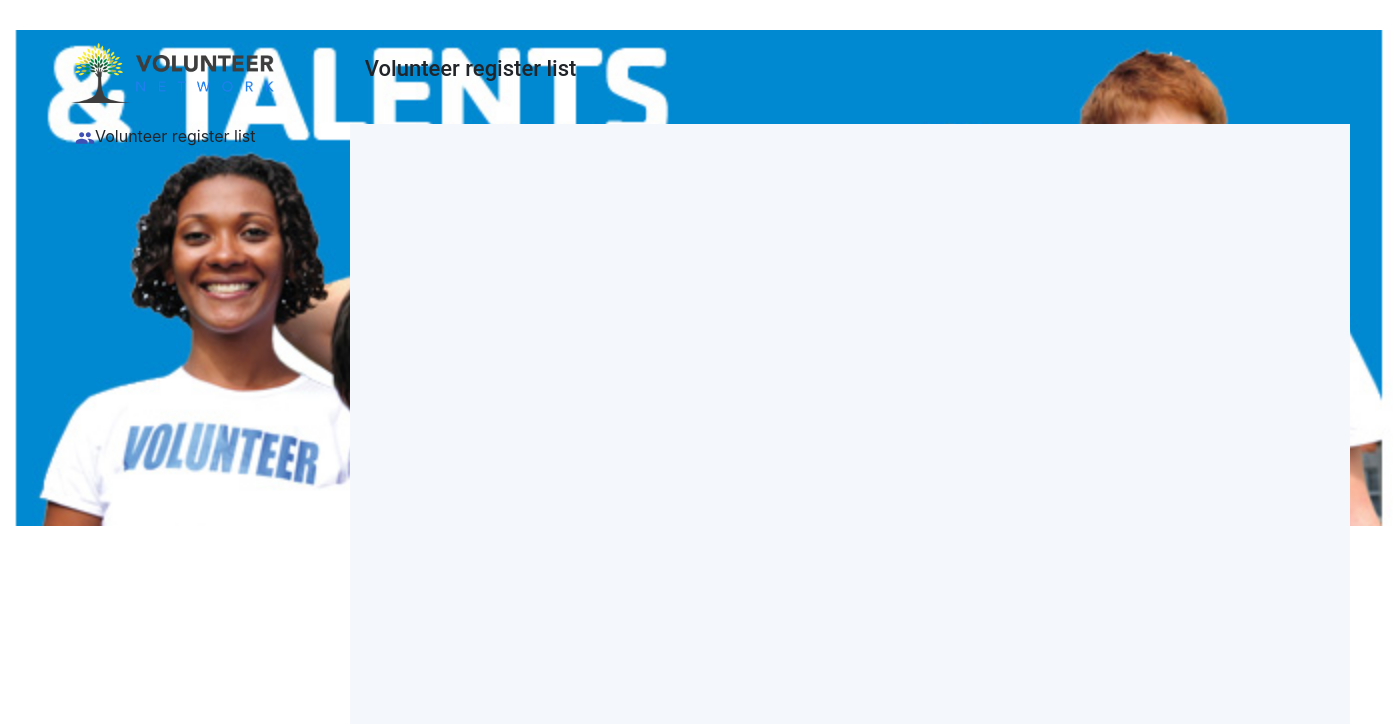
Repository: MdTahsinAmin/volunteer-network-client
Page: /adminPanel
An editor plug-in stored every save of this project. The page is shown before and after the next save, followed by the edit.
The browser window is 1280 px wide. The page is 1400 px wide, so the pictures cover 1400 px, including what lies to the right of the window. The pictures show the whole page.
The project was rebuilt for these pictures with package versions that can differ from the ones it lists, and the page was loaded fresh each time.

Above is the page before, as saved 2020-10-04 23:45:32.

### public/index.html
<!DOCTYPE html>
<html lang="en">
  <head>
    <meta charset="utf-8" />
    <link rel="icon" href="%PUBLIC_URL%/favicon.ico" />
    <meta name="viewport" content="width=device-width, initial-scale=1" />
    <meta name="theme-color" content="#000000" />
    <meta
      name="description"
      content="Web site created using create-react-app"
    />
    <link rel="apple-touch-icon" href="%PUBLIC_URL%/logo192.png" />
    <!--
      manifest.json provides metadata used when your web app is installed on a
      user's mobile device or desktop. See https://developers.google.com/web/fundamentals/web-app-manifest/
    -->
    <link rel="manifest" href="%PUBLIC_URL%/manifest.json" />
    <!--
      Notice the use of %PUBLIC_URL% in the tags above.
      It will be replaced with the URL of the `public` folder during the build.
      Only files inside the `public` folder can be referenced from the HTML.

      Unlike "/favicon.ico" or "favicon.ico", "%PUBLIC_URL%/favicon.ico" will
      work correctly both with client-side routing and a non-root public URL.
      Learn how to configure a non-root public URL by running `npm run build`.
    -->
    <title>Volunteer Network</title>
  </head>
  <body>
    <noscript>You need to enable JavaScript to run this app.</noscript>
    <div id="root"></div>
    <!--
      This HTML file is a template.
      If you open it directly in the browser, you will see an empty page.

      You can add webfonts, meta tags, or analytics to this file.
      The build step will place the bundled scripts into the <body> tag.

      To begin the development, run `npm start` or `yarn start`.
      To create a production bundle, use `npm run build` or `yarn build`.
    -->
  </body>
</html>

### src/App.js
import React from 'react';
import './App.css';
import Header from './components/Header/Header';
import {
  BrowserRouter as Router,
  Switch,
  Route,
  Link
} from "react-router-dom";
import AdminPanel from './components/AdminPanel/AdminPanel';
function App() {
  return (
    <div className="App">
     <Router>
      <Switch>
        <Route path ='/home'>
         <Header navbar={true}></Header>
        </Route>
        <Route path="/adminPanel">
           <div>
           <Header navbar={false}></Header>
           <AdminPanel/>
           </div>
        </Route>
        <Route exact path="/">
           <Header navbar={true}></Header>
        </Route>
      </Switch>
     </Router>
    </div>
  );
}

export default App;

### src/App.css
.App {
    background-image:url('./logos/Volunteer_Image.jpg');
    background-repeat: no-repeat;
    background-size: cover;
    background-position: center;
    width: 1400px;
    height: 496px;
    left: 1px;
    top: -1px;
}

.App-logo {
  height: 40vmin;
  pointer-events: none;
}

@media (prefers-reduced-motion: no-preference) {
  .App-logo {
    animation: App-logo-spin infinite 20s linear;
  }
}

.App-header {
  background-color: #282c34;
  min-height: 100vh;
  display: flex;
  flex-direction: column;
  align-items: center;
  justify-content: center;
  font-size: calc(10px + 2vmin);
  color: white;
}

.App-link {
  color: #61dafb;
}

@keyframes App-logo-spin {
  from {
    transform: rotate(0deg);
  }
  to {
    transform: rotate(360deg);
  }
}

### src/components/Header/Header.js
import React from 'react';
import { Link, useHistory } from 'react-router-dom';
import './Header.css'
import volunteerLogo from '../../logos/volunteer.png';
import { styled } from '@material-ui/core/styles';
import Button from '@material-ui/core/Button';

// Material Button

const MyButton = styled(Button)({
    background: 'linear-gradient(45deg, #3F90FC 30%, #3F90FC 90%)',
    border: 0,
    borderRadius: '6px',
    color: 'white',
    height: 48,
    padding: '14px 43px',
    marginRight:'15px',
    marginLeft:'9px',
    cursor:'pointer'
  });

  const AdminBtn = styled(Button)({
    background: 'linear-gradient(45deg, #434141 30%, #434141 90%)',
    border: 0,
    borderRadius: '6px',
    color: 'white',
    height: 48,
    padding: '14px 43px',
    marginRight:'15px',
    cursor:'pointer'
  })

const Header = (props) => {

    const history = useHistory();

    const handleAdminPanel = () =>{
         history.push('/adminPanel');
    }


    return (
      <div className="header">
          <div className={props.navbar ? "container" : 'adminPanel'}>
          <nav className="navbar navbar-expand-lg navbar-light">
            <Link to='/home' className="navbar-brand"><img className={props.navbar ?'volunteerLogo':'Logo'} src={volunteerLogo} alt=""/></Link>
            <button className="navbar-toggler" type="button" data-toggle="collapse" data-target="#navbarSupportedContent" aria-controls="navbarSupportedContent" aria-expanded="false" aria-label="Toggle navigation">
                <span className="navbar-toggler-icon"></span>
            </button>
            {
                !props.navbar && <h5 className="volunteer-list">Volunteer register list</h5>
            }
            {
                props.navbar &&  <div className="collapse navbar-collapse" id="navbarSupportedContent">
                <ul className="navbar-nav ml-auto">
                <li className="nav-item">
                    <Link className="nav-link item-nav">Home</Link>
                </li>
                <li className="nav-item">
                    <Link className="nav-link item-nav">Donation</Link>
                </li>
                <li className="nav-item">
                    <Link className="nav-link item-nav">Events</Link>
                </li>
                <li className="nav-item">
                    <Link className="nav-link item-nav">Blog</Link>
                </li>
                <li className="nav-item">
                    <MyButton>Register</MyButton>
                </li>
                <li className="nav-item">
                   <AdminBtn
                     onClick={handleAdminPanel}
                   >Admin
                   </AdminBtn>
                </li>
                </ul>
            </div>
            }
            </nav>
      </div>
   </div>
    );
};

export default Header;

### src/components/AdminPanel/AdminPanel.js
import React from 'react';
import './AdminPanel.css';
import GroupIcon from '@material-ui/icons/Group';

const AdminPanel = () => {
    return (
        <div className="adminPanel-section">
            <div className="section-panel">
              <div className ='group-panel'>
              <GroupIcon fontSize="small" color="primary"></GroupIcon>Volunteer register list
              </div>
            </div>
            <div className='Volunteer-list'>

            </div>
        </div>
    );
};

export default AdminPanel;

### src/components/Header/Header.css
.volunteerLogo{
    width: 202.81px;
    height: 60px;
    left: 88px;
    top: 44px;
}
.header{
    margin-top: 30px;
}
.nav-link{
    font-family: Montserrat;
    font-style: normal;
    font-weight: 500;
    font-size: 20px;
    text-align: center;
    color: #0B0B0B;
}

### src/components/AdminPanel/AdminPanel.css
.adminPanel{
    margin-right:20px;
}
.Logo{
    width: 202.81px;
    height: 60px;
    left: 88px;
    top: 44px;
    margin-left:55px;
}
.volunteer-list{
    margin-left:75px;
    font-family: Roboto;
    font-style: normal;
    font-weight: 500;
    font-size: 22px;
}
.adminPanel-section{
    display:flex;
}
.section-panel{
    margin-top:8px;
    margin-left:75px;
}
.group-panel{
    display:inline-block;
}
.Volunteer-list{
    width:75%;
    margin-top:8px;
    margin-left:95px;
    width: 1000px;
    height: 600px;
    background: #F4F7FC;
}

Loaded but not shown: src/index.js (common file); src/index.css (common file); src/serviceWorker.js (common file)

After the next save:
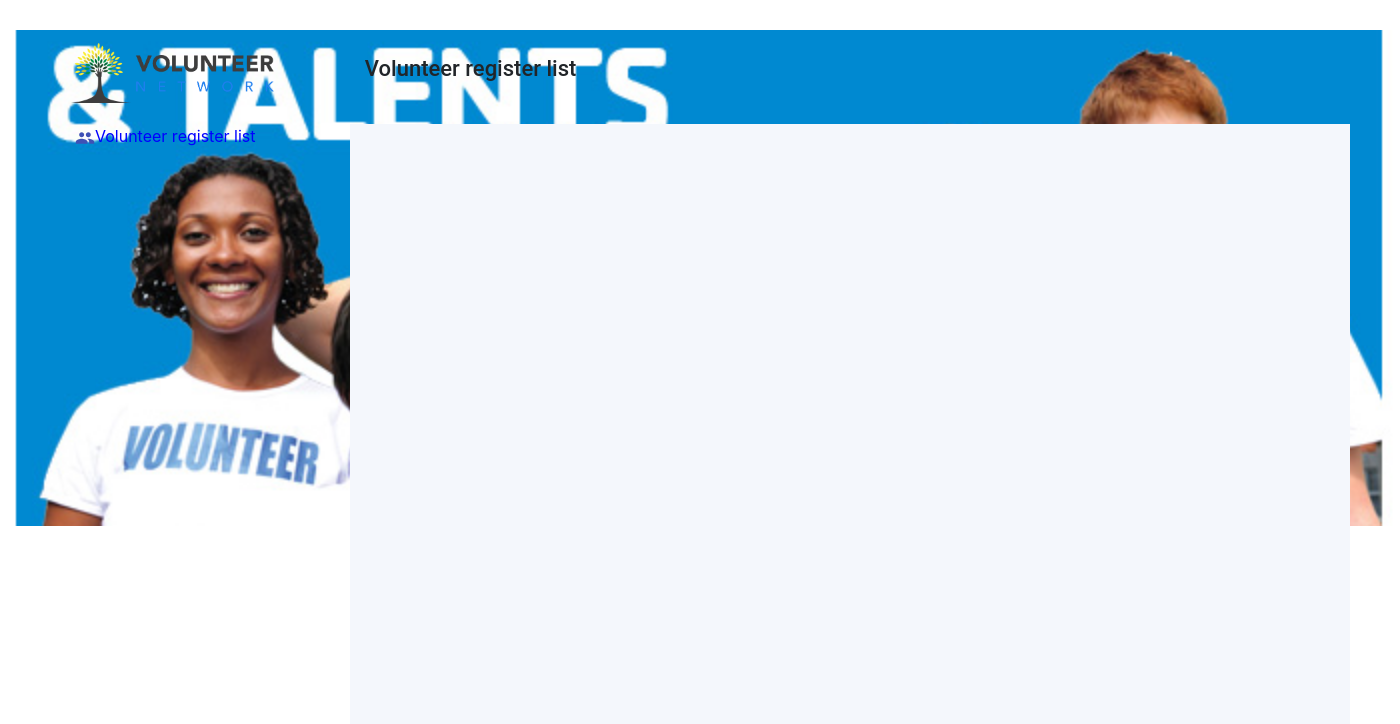
Saved 73 s later.
--- a/src/components/AdminPanel/AdminPanel.css
+++ b/src/components/AdminPanel/AdminPanel.css
@@ -24,6 +24,7 @@
 }
 .group-panel{
     display:inline-block;
+    color: rgb(0, 0, 255);
 }
 .Volunteer-list{
     width:75%;
